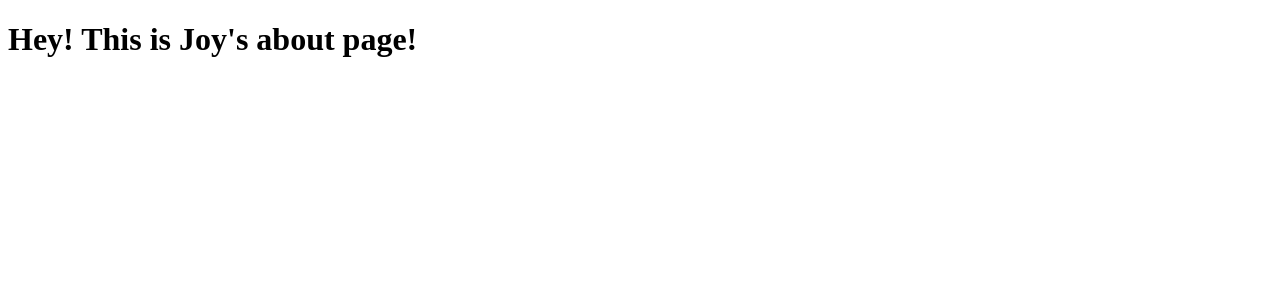
Repository: TheSonett/Java
Page: http://localhost/Login_System/about.jsp
These files come from the project's save history. The page is drawn as it stood at one moment and after the next save; the edit follows.
The browser window is 1280 px wide. The pictures show the whole page.
The page is served by Tomcat 10.

Above is the page before, as saved 2023-08-01 07:16:52.

After the next save:
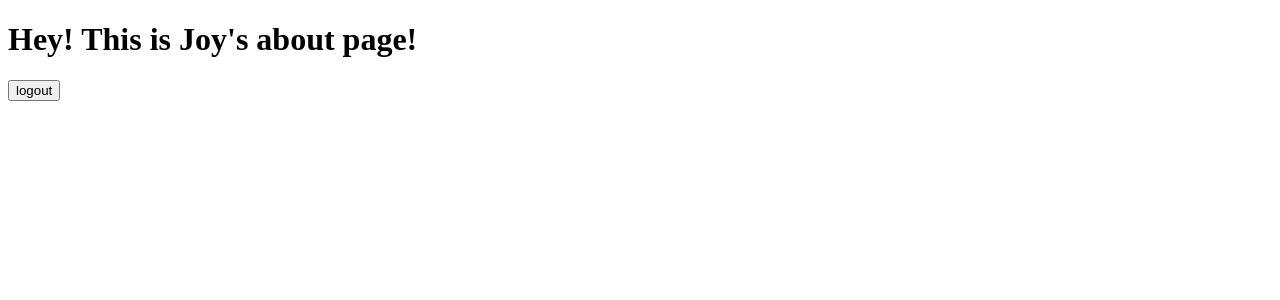
Saved 37 s later.
--- a/Java Servlet/Login System/src/main/webapp/about.jsp
+++ b/Java Servlet/Login System/src/main/webapp/about.jsp
@@ -8,5 +8,8 @@
 </head>
 <body>
 	<h1>Hey! This is Joy's about page!</h1>
+	<form action="LogoutServlet">
+		<input type="submit" value="logout">
+	</form>
 </body>
 </html>
